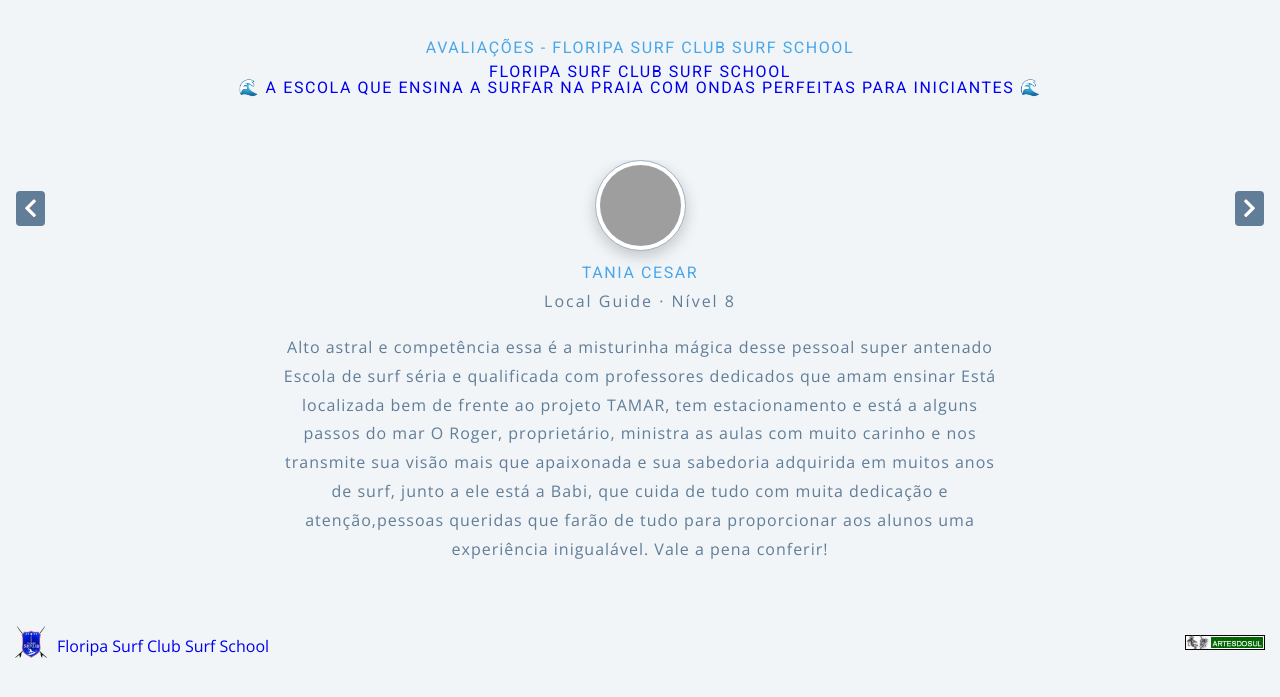
Repository: araguaci/floripasurfclub-reviews
Page: index.html
The author's editor kept a copy of each file at every save. The page is drawn from the files as they stood at one save, then again after the next save.
The browser window is 1280 px wide. The pictures show the whole page.
Pictures or frames that could not be fetched are drawn as grey boxes. Some web libraries are served in a nearby version.

Above is the page before, as saved 2021-08-23 21:14:49.

After the next save:
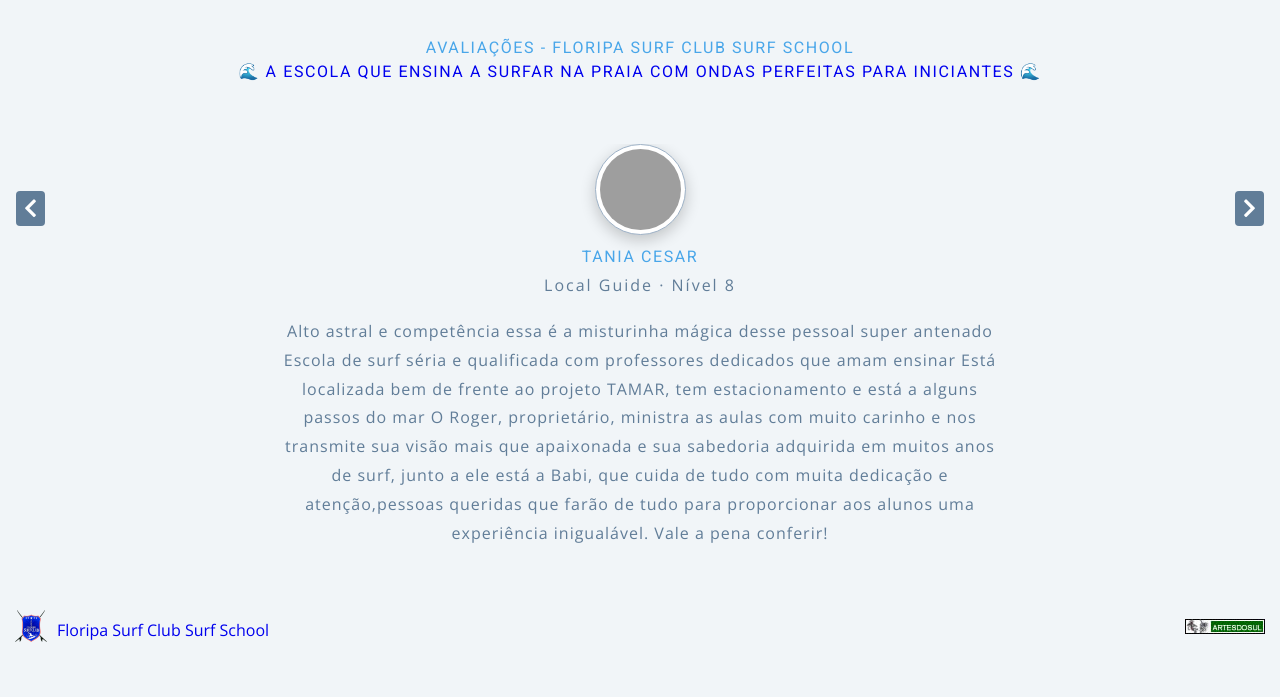
Saved 15 s later.
--- a/index.html
+++ b/index.html
@@ -34,7 +34,7 @@
     <section class="slider">
       <div class="reviews">
         <h4>Avaliações - Floripa Surf Club Surf School</h4>
-        <h4><a href="http://www.floripasurfclub.com.br/">Floripa Surf Club Surf School<br />🌊 A escola que ensina a surfar na praia com ondas perfeitas para iniciantes 🌊</a></h4>
+        <h4><a href="http://www.floripasurfclub.com.br/">🌊 A escola que ensina a surfar na praia com ondas perfeitas para iniciantes 🌊</a></h4>
       </div>
       <div class="slide-container">
         <!-- <article class="slide">
